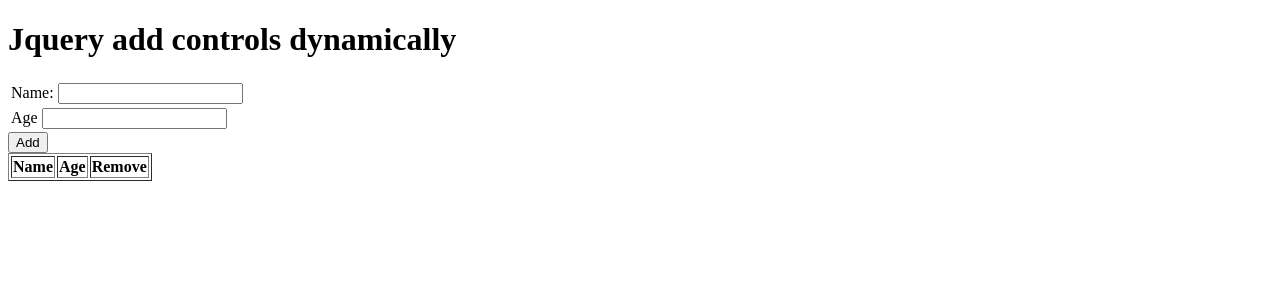
Repository: Padminivittal/Padmini-MWB
Page: MWB Day1/WebContent/lab5-ajax.html
These files come from the project's save history. The page is drawn as it stood at one moment and after the next save; the edit follows.
The browser window is 1280 px wide. The pictures show the whole page.

Above is the page before, as saved 2012-07-20 11:09:20.

### MWB Day1/WebContent/lab5-ajax.html
<!DOCTYPE HTML>
<html>
<title>
Day 1 -Lab 3
</title>
<script src="js/jquery-1.7.2.js"></script>
<script>
$().ready(function(){
	$("#btnAdd").on("click", function()
	{
		$("#tblpeople").append("<tr><td>"+ $("#name").val()+"</td><td>"+$("#age").val()+"</td><td><input type='checkbox' id='check'/></td><tr>")
		$("#remove").html("<input type='button' value='Remove' id='btnremove'/>")
	});
	$(document).on("click", "#btnremove", function(){

		$("#check:checked").each(function()
				{
			$(this).parents('tr').remove();
				});

	})
	/*$("#btnremove").on("click", function()
			{
		alert('test');
		$("#check:checked").each(function()
				{
			$(this).parents('tr').remove();
				});
			});*/
});

</script>
<style>
input:focus
{
background:lightblue;
}
</style>
<head>
</head>
<h1>Jquery add controls dynamically</h1>
<body>
<table><tr><td width="30%">
<label for="name">Name:</label>
<input type="text"  id="name"/>
<br>
</td>
</tr><tr>
<td><label for="age">Age</label>
<input type="text" id="age"  />
<br>
</td></tr></table>


<input type="button" value="Add" id="btnAdd"/>
<br>
<div id="People">
<table id="tblpeople" border=1>
<tr>
<th>
Name
</th>
<th>
Age
</th>
<th>
Remove

</th>
</tr>
</table>
<br>

</div>
<div id="remove">

</div>
</body>
</html>

Loaded but not shown: MWB Day1/WebContent/js/jquery-1.7.2.js (library)

After the next save:
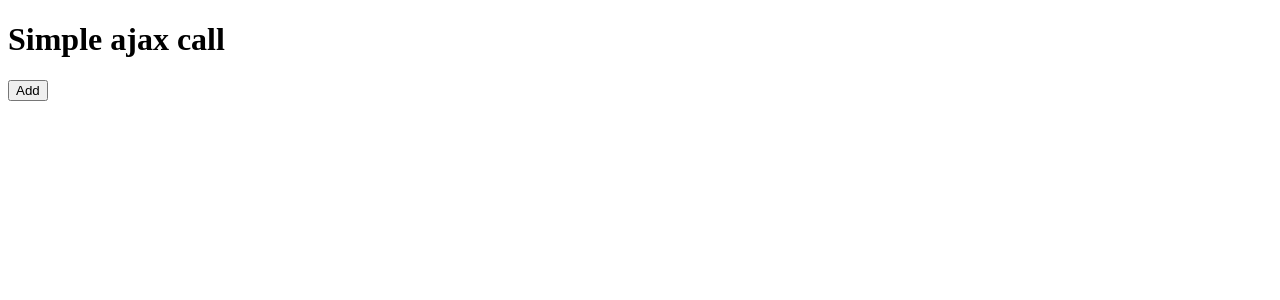
Console error: SyntaxError: missing ) after argument list
Saved 6 min 3 s later.
--- a/MWB Day1/WebContent/lab5-ajax.html
+++ b/MWB Day1/WebContent/lab5-ajax.html
@@ -1,32 +1,24 @@
 <!DOCTYPE HTML>
 <html>
 <title>
-Day 1 -Lab 3
+Day 1 -Lab 5
 </title>
 <script src="js/jquery-1.7.2.js"></script>
 <script>
+function sendSimpleAjaxCall()
+{
+	$.ajax({
+		url:"simpleText.txt",
+		success:function(response){
+			alert(response);
+		},
+		error:function(error){
+			alert("wrong call");
+		}
+	});
+	}
 $().ready(function(){
-	$("#btnAdd").on("click", function()
-	{
-		$("#tblpeople").append("<tr><td>"+ $("#name").val()+"</td><td>"+$("#age").val()+"</td><td><input type='checkbox' id='check'/></td><tr>")
-		$("#remove").html("<input type='button' value='Remove' id='btnremove'/>")
-	});
-	$(document).on("click", "#btnremove", function(){
-
-		$("#check:checked").each(function()
-				{
-			$(this).parents('tr').remove();
-				});
-
-	})
-	/*$("#btnremove").on("click", function()
-			{
-		alert('test');
-		$("#check:checked").each(function()
-				{
-			$(this).parents('tr').remove();
-				});
-			});*/
+	$("#btnClick".on("click",sendSimpleAjaxCall();))
 });
 
 </script>
@@ -38,42 +30,8 @@
 </style>
 <head>
 </head>
-<h1>Jquery add controls dynamically</h1>
+<h1>Simple ajax call</h1>
 <body>
-<table><tr><td width="30%">
-<label for="name">Name:</label>
-<input type="text"  id="name"/>
-<br>
-</td>
-</tr><tr>
-<td><label for="age">Age</label>
-<input type="text" id="age"  />
-<br>
-</td></tr></table>
-
-
-<input type="button" value="Add" id="btnAdd"/>
-<br>
-<div id="People">
-<table id="tblpeople" border=1>
-<tr>
-<th>
-Name
-</th>
-<th>
-Age
-</th>
-<th>
-Remove
-
-</th>
-</tr>
-</table>
-<br>
-
-</div>
-<div id="remove">
-
-</div>
+<input type="button" value="Add" id="btnClick"/>
 </body>
 </html>

After the 4 saves that followed:
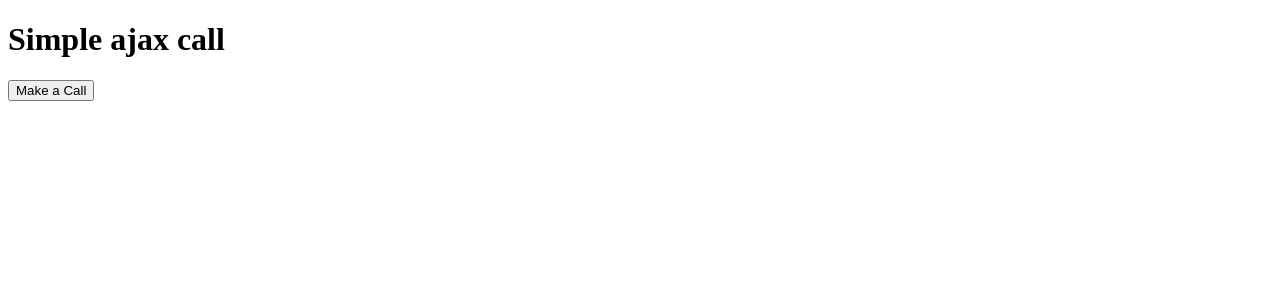
The error is gone.
The 4 saves are shown as one change because 3 left the picture as it was.
The last was saved 3 min 22 s later.
--- a/MWB Day1/WebContent/lab5-ajax.html
+++ b/MWB Day1/WebContent/lab5-ajax.html
@@ -18,7 +18,7 @@
 	});
 	}
 $().ready(function(){
-	$("#btnClick".on("click",sendSimpleAjaxCall();))
+	$("#btnClick").on("click",sendSimpleAjaxCall())
 });
 
 </script>
@@ -32,6 +32,6 @@
 </head>
 <h1>Simple ajax call</h1>
 <body>
-<input type="button" value="Add" id="btnClick"/>
+<input type="button" value="Make a Call" id="btnClick"/>
 </body>
 </html>
